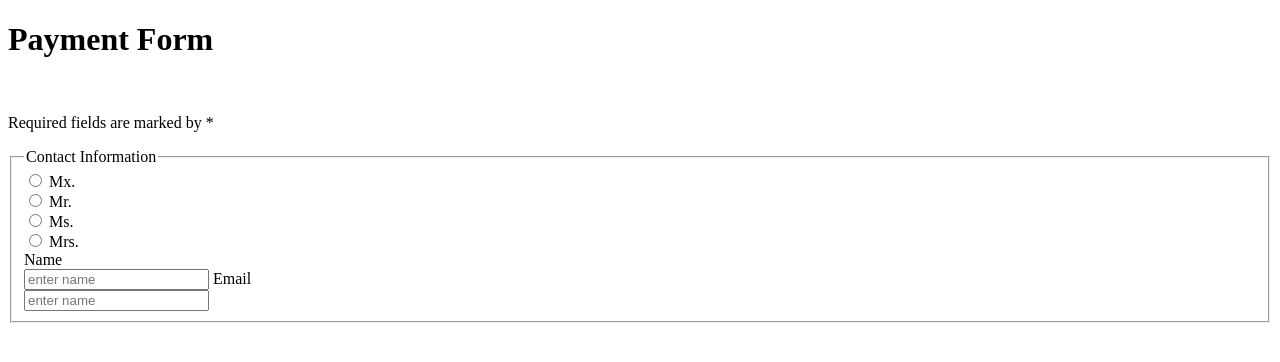
Repository: 10-2-pursuit/lab-intro-to-forms
Page: index.html
An editor plug-in stored every save of this project. The page is shown before and after the next save, followed by the edit.
The browser window is 1280 px wide. The pictures show the whole page.

Above is the page before, as saved 2023-06-13 21:31:16.

After the next save:
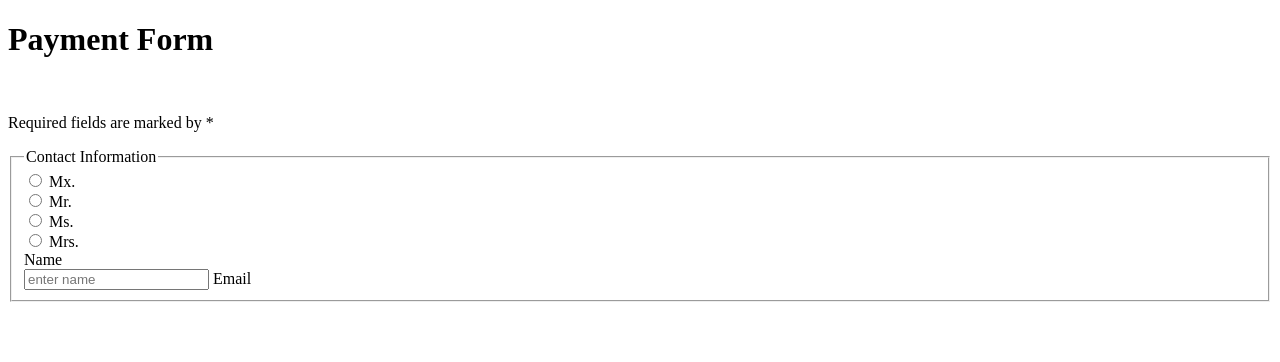
Saved 22 s later.
--- a/index.html
+++ b/index.html
@@ -28,9 +28,9 @@
            <br>
            <input type="text" name="name" id="Name" placeholder="enter name" required>
            <label for="email">Email</label>
-            <br>
-<input type="text" name="name" id="Name" placeholder="enter name"
-required>
+
+
+
         </fieldset>
     </form>
 
